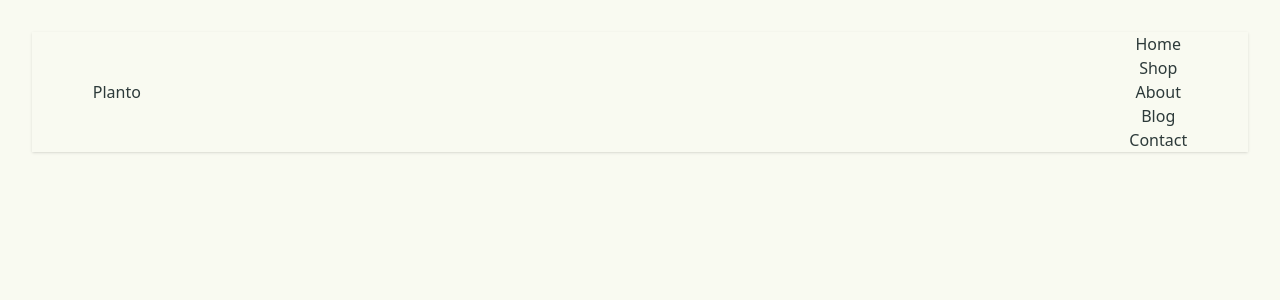
Repository: mazenessam99/Planto
Page: /
An editor plug-in stored every save of this project. The page is shown before and after a run of saves, followed by the edit.
The browser window is 1280 px wide. The pictures show the whole page.
The project was rebuilt for these pictures with package versions that can differ from the ones it lists, and the page was loaded fresh each time. Also part of the build but not shown: vite.config.js, src/components/ui/Button.jsx.

Above is the page before, as saved 2025-11-21 21:50:19.

### index.html
<!doctype html>
<html lang="en">
  <head>
    <meta charset="UTF-8" />
    <link rel="icon" type="image/svg+xml" href="/vite.svg" />
    <meta name="viewport" content="width=device-width, initial-scale=1.0" />
    <title>plants_website</title>
  </head>
  <body>
    <div id="root"></div>
    <script type="module" src="/src/main.jsx"></script>
  </body>
</html>

### src/index.css
@import "tailwindcss";
@import "tailwindcss/theme" layer(theme);
@theme {
  --color-primary: #2D3A3A;
  --color-forest:#386641;
  --color-secondary: #8DB098;
  --color-Terracotta: #C27357;
  --color-sky:#B0D0D3;
  --font-cairo: "Cairo", sans-serif;

  --spacing-128: 32rem;
}

/* ----- BASE ----- */
@layer base {
  body {
    @apply  bg-[#F9FAF1] text-gray-900;
  }
}

/* ----- COMPONENTS ----- */
@layer components {
  .btn {
    @apply bg-primary text-white px-4 py-2 rounded-lg hover:bg-primary/90;
  }
  .btn-danger{
    @apply bg-red-400 text-white
  }

  .card {
    @apply bg-white p-6 rounded-xl shadow;
  }

}

.container{
  width:90%;
  margin:auto;
}

### src/App.jsx

import './App.css'
import Button from './components/ui/Button'
import Home from './pages/Home'

function App() {


  return (
    <>
      <Home/>


    </>
  )
}

export default App

### src/pages/Home.jsx

import Navbar from '../components/layout/Navbar'

const Home = () => {
  return (
    <div>
        <Navbar/>
    </div>
  )
}

export default Home

### src/components/layout/Navbar.jsx

import { NavLink } from "react-router-dom"
import { NAVBAR_LINKS } from "../../utils/constants"


const Navbar = () => {
    return (
        <nav className="shadow">
            <div className="container flex justify-between items-center">
                <h1 className="text-primary">Planto</h1>
                <ul classNa>

                {NAVBAR_LINKS.map((link) => (
                    <li key={link.id}>
                        <NavLink to={link.path} className={"text-primary"}>{link.label}</NavLink>
                    </li>
                ))}
            </ul>
            </div>
        </nav>
    )
}

export default Navbar

### src/utils/constants.js
export const NAVBAR_LINKS=[
    {id:1,label:'Home',path:'/'},
    {id:2,label:'Shop',path:'/shop'},
    {id:3,label:'About',path:'/about'},
    {id:4,label:'Blog',path:'/blog'},
    {id:5,label:'Contact',path:'/contact'},
]

Loaded but not shown: src/main.jsx (common file); src/App.css (common file)

After the next 7 saves:
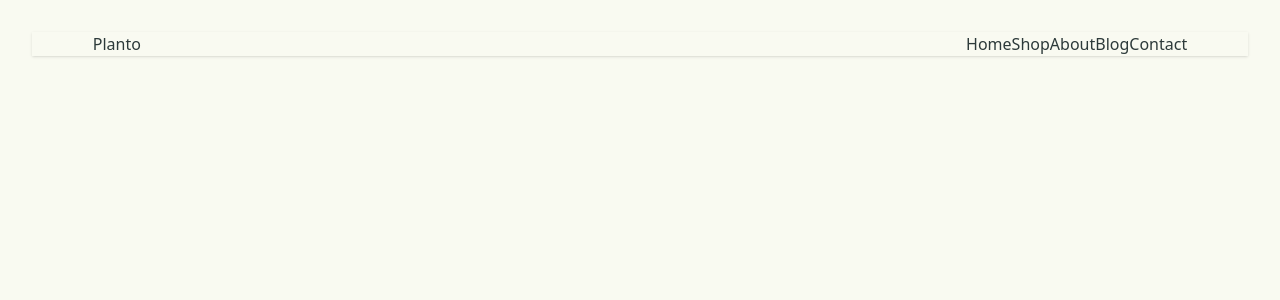
The 7 saves are shown as one change because they came seconds apart.
The last was saved 18 s later.
--- a/src/components/layout/Navbar.jsx
+++ b/src/components/layout/Navbar.jsx
@@ -8,7 +8,7 @@ const Navbar = () => {
         <nav className="shadow">
             <div className="container flex justify-between items-center">
                 <h1 className="text-primary">Planto</h1>
-                <ul classNa>
+                <ul className="flex">
 
                 {NAVBAR_LINKS.map((link) => (
                     <li key={link.id}>
